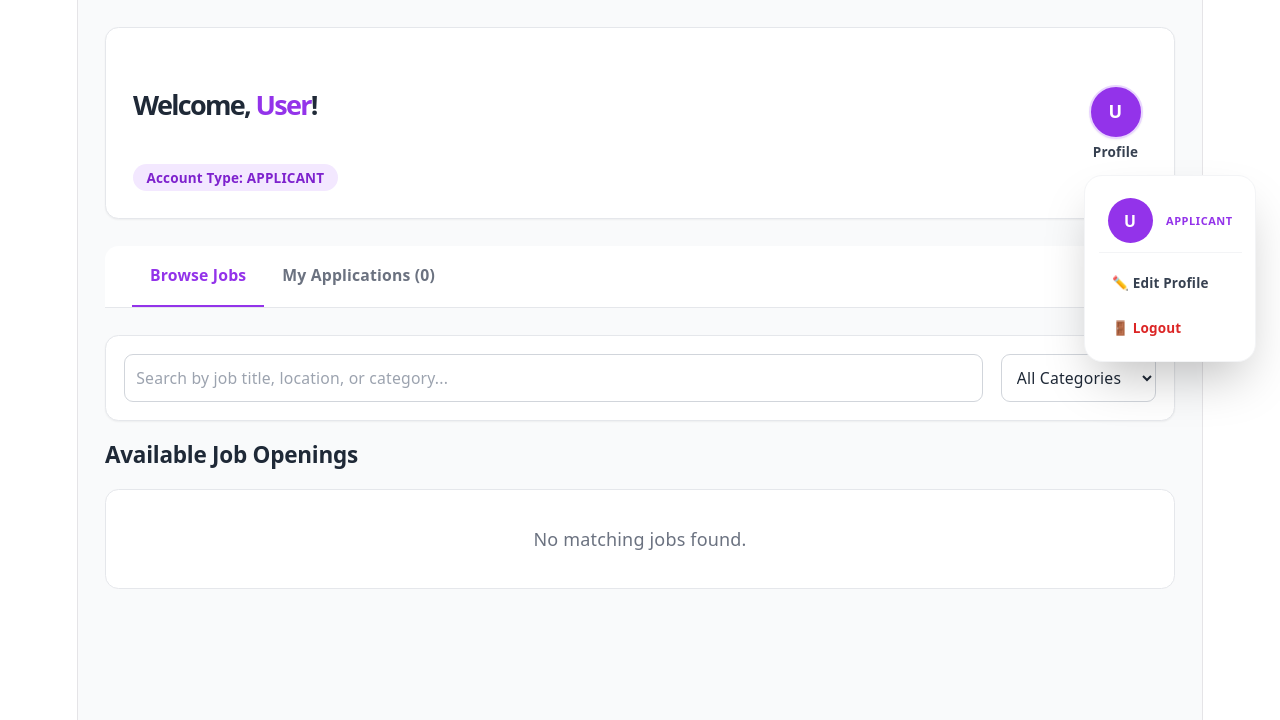
Repository: mdkawsarjomadder/job-portal
Page: /dashboard (app in job-portal/frontend/), after clicking the first element matching `button.flex`
An editor plug-in stored every save of this project. The page is shown before and after the next save, followed by the edit.
The browser window is 1280 px wide. The pictures show the whole page.
The page's requests for data from a server got no answer. The project was rebuilt for these pictures with package versions that can differ from the ones it lists, and the page was loaded fresh each time. No one was signed in, and anything a server would have sent is missing. Also part of the build but not shown: job-portal/frontend/vite.config.js, job-portal/frontend/src/pages/Login.jsx, job-portal/frontend/src/pages/Register.jsx, job-portal/frontend/src/pages/EmployerDashboard.jsx, job-portal/frontend/src/pages/MyApplications.jsx, job-portal/frontend/src/pages/CreateJob.jsx, job-portal/frontend/src/pages/Home.jsx. Imported but missing from the stored project, and not drawn on this page: job-portal/frontend/src/pages/Profile.

Above is the page before, as saved 2026-09-18 21:21:03.

After the next save:
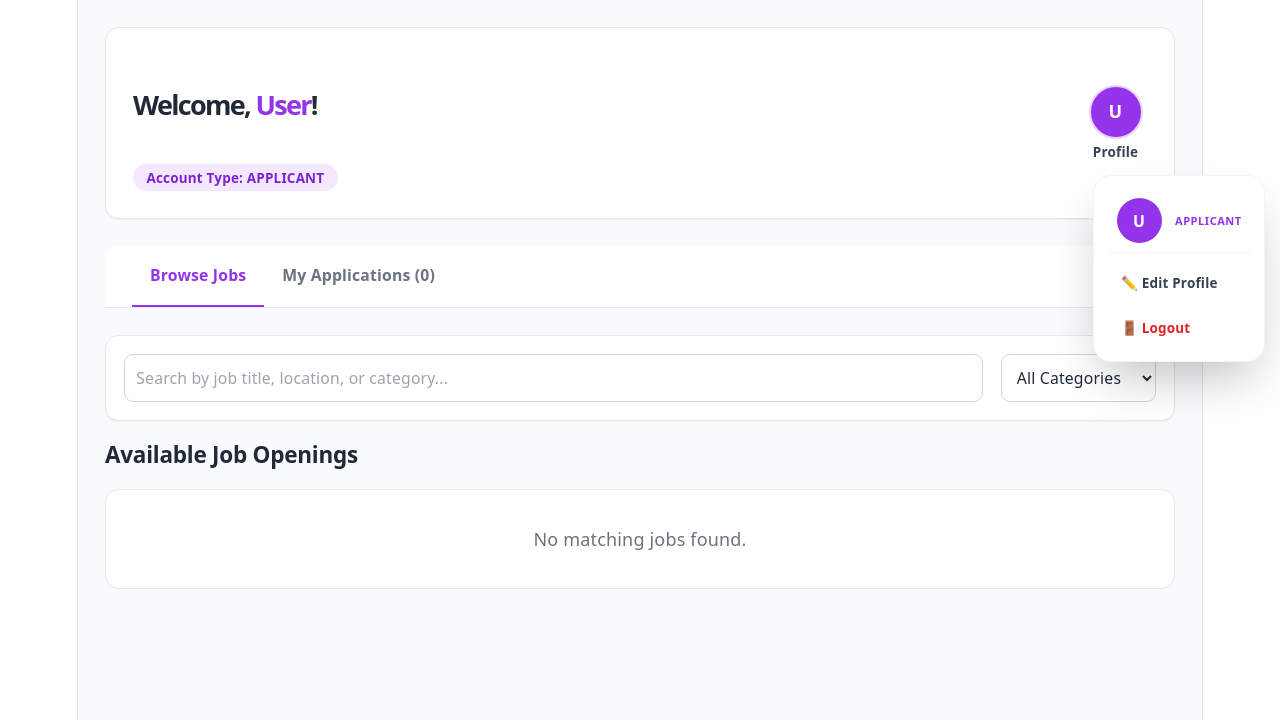
Saved 7 s later.
--- a/job-portal/frontend/src/pages/ApplicantDashboard.jsx
+++ b/job-portal/frontend/src/pages/ApplicantDashboard.jsx
@@ -228,7 +228,7 @@
 
             {/* Dropdown Menu - Position Fixed to Align Correctly */}
             {isDropdownOpen && (
-              <div className="absolute  mt-2 w-50 bg-white rounded-2xl shadow-2xl border border-gray-100 p-3 z-50 transform origin-top-right transition-all">
+              <div className="absolute left-2 mt-2 w-50 bg-white rounded-2xl shadow-2xl border border-gray-100 p-3 z-50 transform origin-top-right transition-all">
                 {/* Header User Details */}
                 <div className="flex items-center gap-3 p-2 border-b border-gray-100 mb-2">
                   <div className="w-10 h-10 rounded-full bg-purple-600 text-white font-bold text-sm flex items-center justify-center overflow-hidden shrink-0">

After the save that followed:
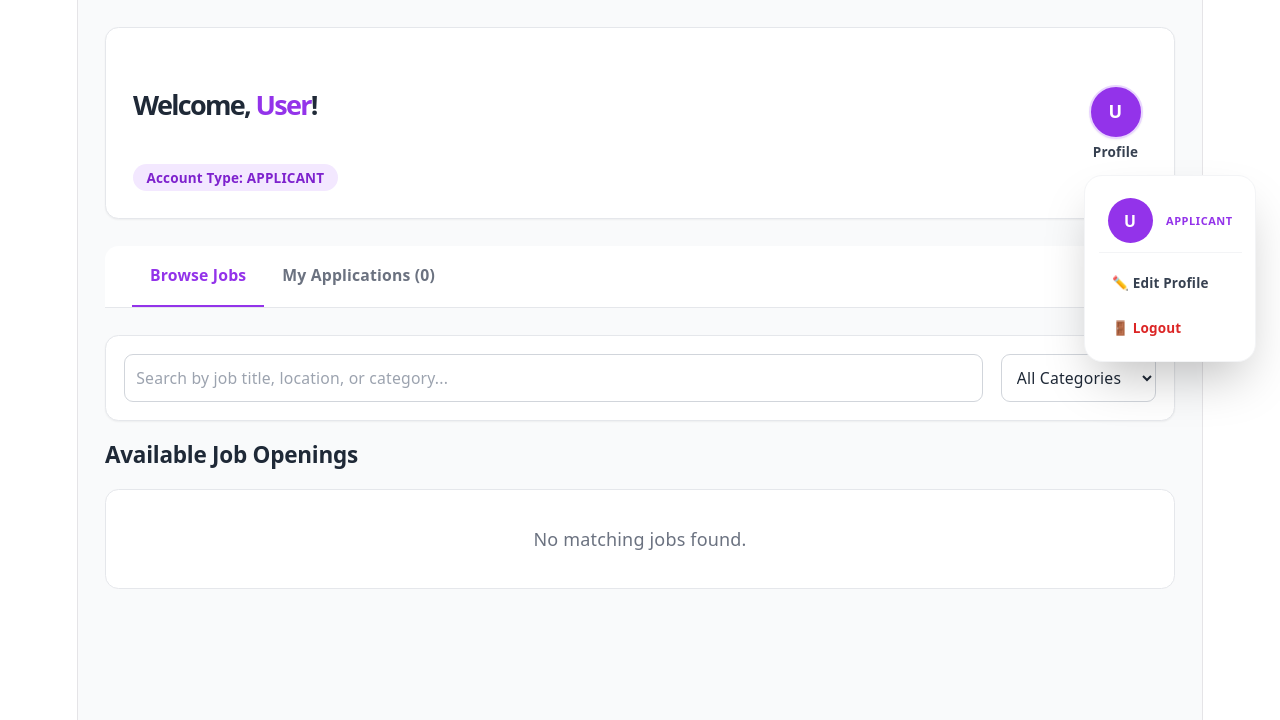
Saved 5 s later.
--- a/job-portal/frontend/src/pages/ApplicantDashboard.jsx
+++ b/job-portal/frontend/src/pages/ApplicantDashboard.jsx
@@ -228,7 +228,7 @@
 
             {/* Dropdown Menu - Position Fixed to Align Correctly */}
             {isDropdownOpen && (
-              <div className="absolute left-2 mt-2 w-50 bg-white rounded-2xl shadow-2xl border border-gray-100 p-3 z-50 transform origin-top-right transition-all">
+              <div className="absolute left 2 mt-2 w-50 bg-white rounded-2xl shadow-2xl border border-gray-100 p-3 z-50 transform origin-top-right transition-all">
                 {/* Header User Details */}
                 <div className="flex items-center gap-3 p-2 border-b border-gray-100 mb-2">
                   <div className="w-10 h-10 rounded-full bg-purple-600 text-white font-bold text-sm flex items-center justify-center overflow-hidden shrink-0">
